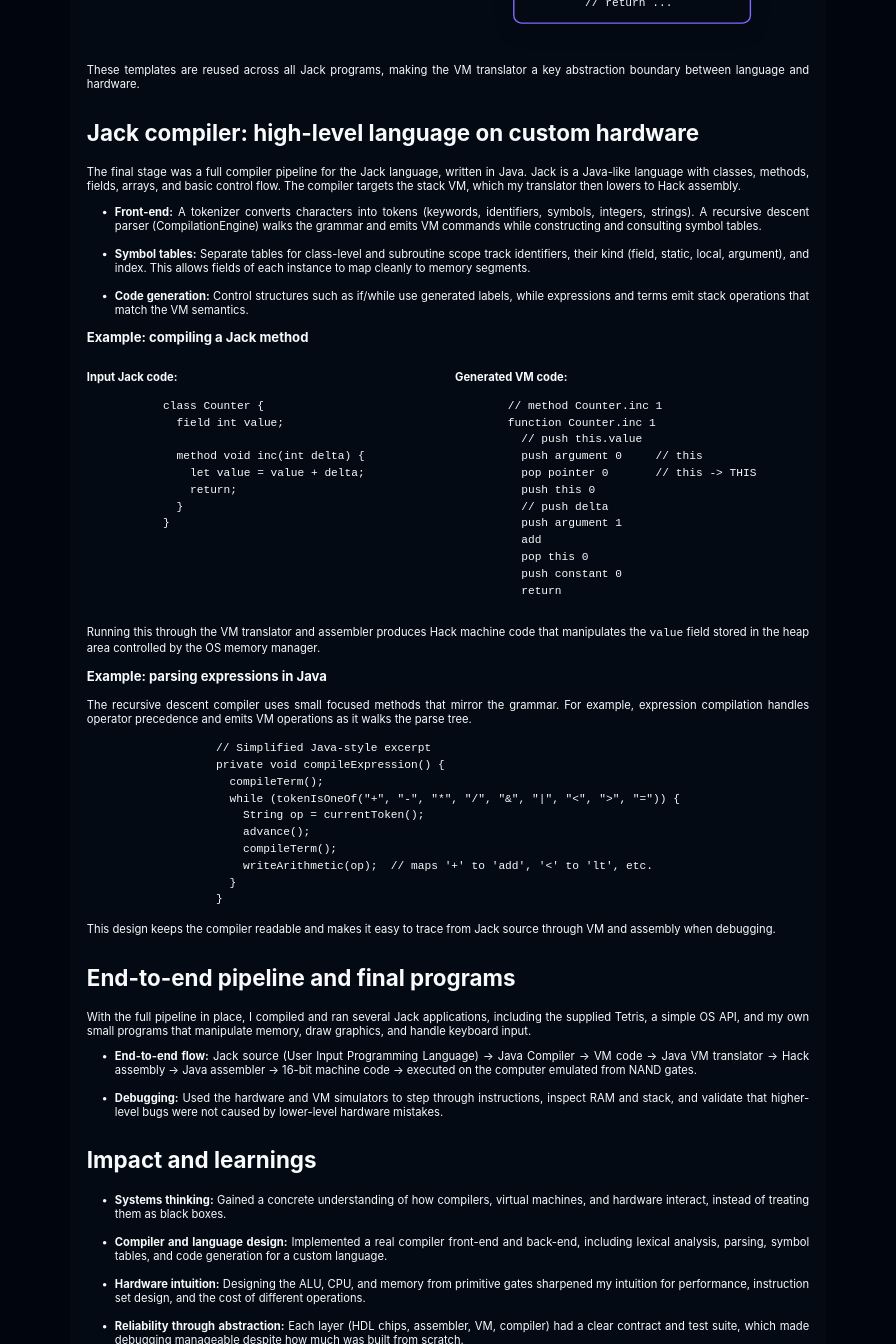
Repository: Abdulaziz-04/Abdulaziz-04.github.io
Page: deepdives/backend_systems/nand2tetris/nand2tetris.html
The author's editor kept a copy of each file at every save. The page is drawn from the files as they stood at one save, then again after the next save.
The browser window is 1280 px wide. The pictures show the part of the page from y = 4580 to 6500 px (the page is 6600 px tall before and 6620 px after), at 70% of full size.

Above is the page before, as saved 2025-11-20 18:23:55.

After the next save:
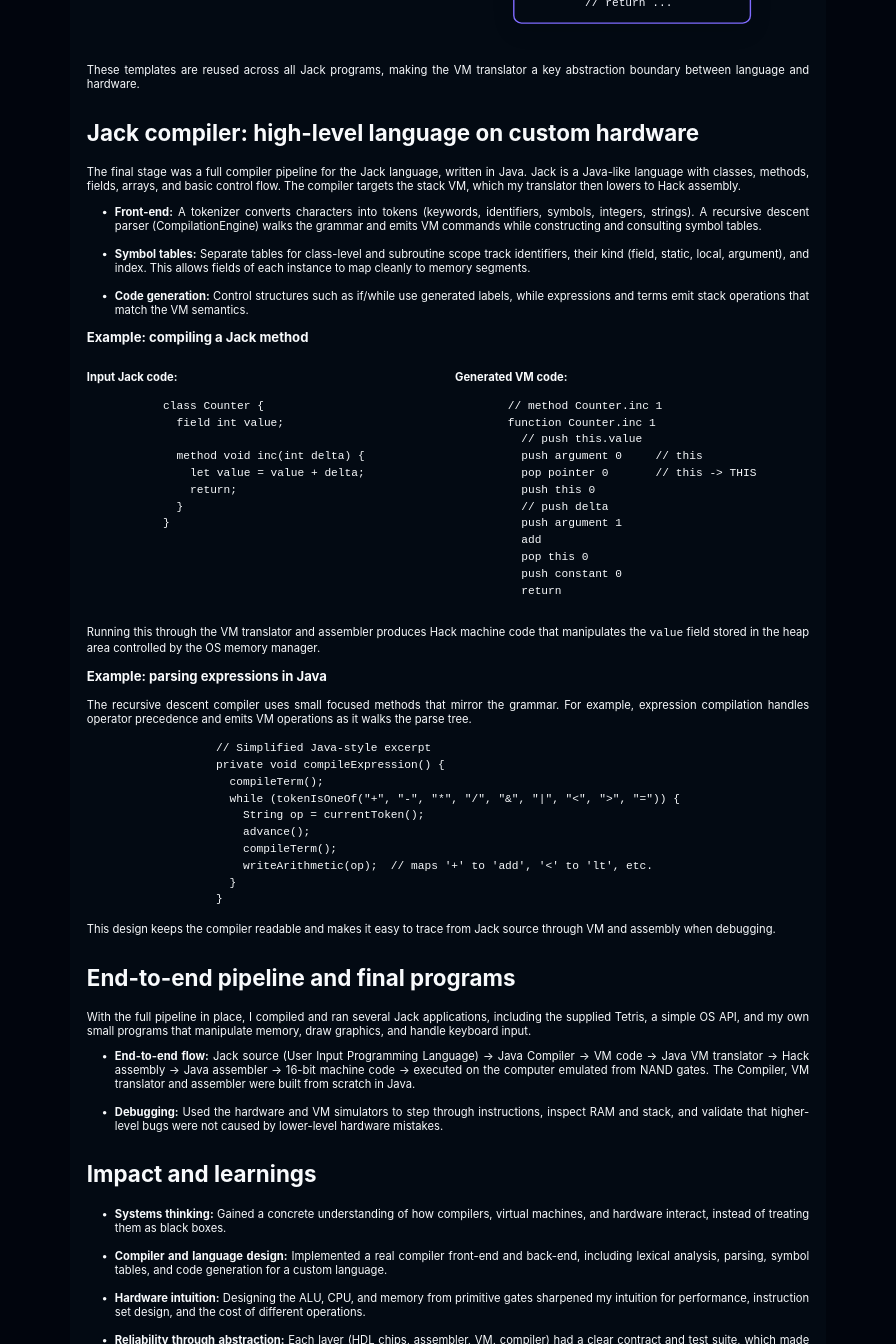
Saved 28 s later.
--- a/deepdives/backend_systems/nand2tetris/nand2tetris.html
+++ b/deepdives/backend_systems/nand2tetris/nand2tetris.html
@@ -496,7 +496,8 @@ private void compileExpression() {
             <b>End-to-end flow:</b> Jack source (User Input Programming
             Language) → Java Compiler → VM code → Java VM translator → Hack
             assembly → Java assembler → 16-bit machine code → executed on the
-            computer emulated from NAND gates.
+            computer emulated from NAND gates. The Compiler, VM translator and
+            assembler were built from scratch in Java.
           </li>
           <br />
           <li>
